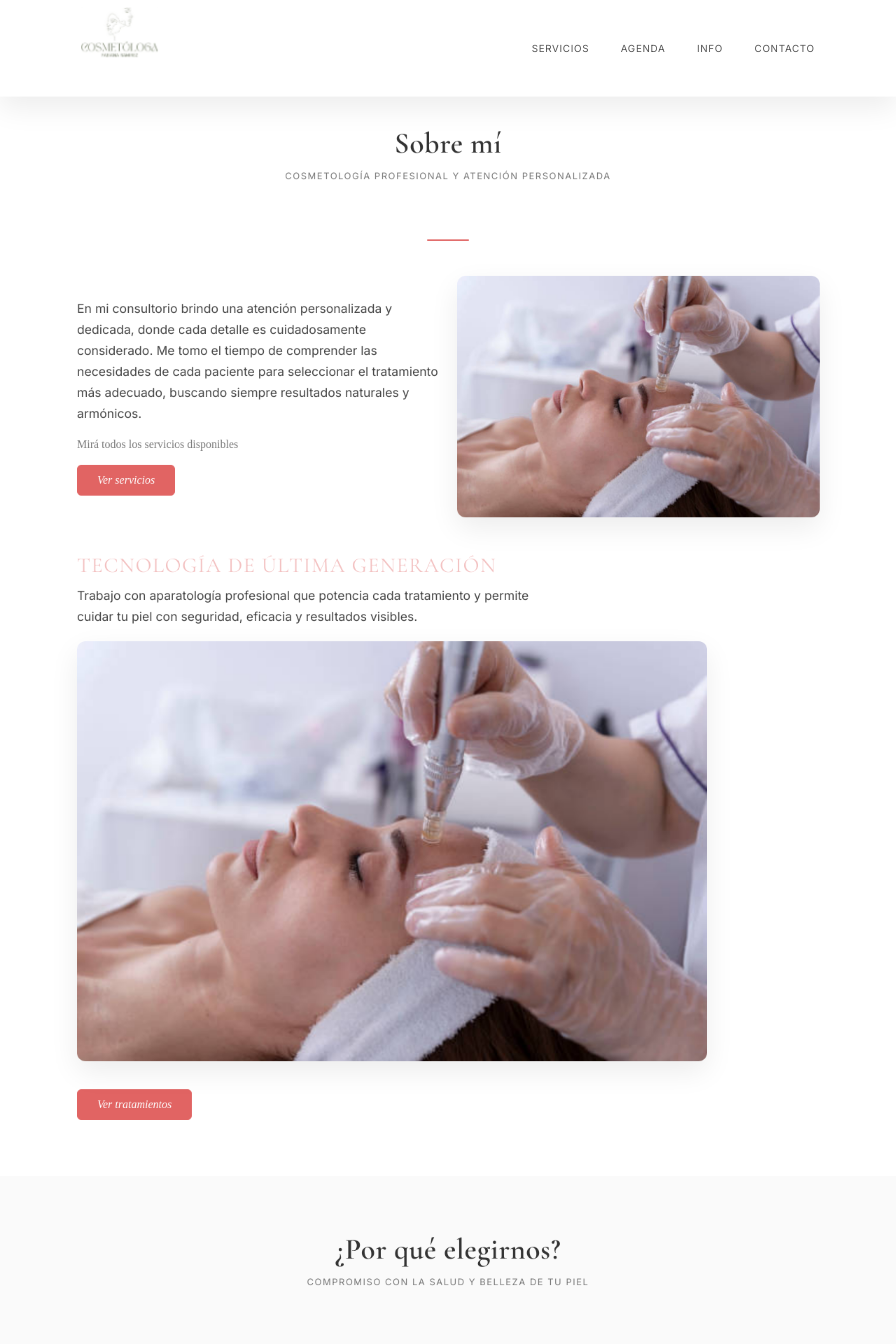
Repository: thiagobal1891-sudo/paginaweb
Page: pages/info.html
The author's editor kept a copy of each file at every save. The page is drawn from the files as they stood at one save, then again after the next save.
The browser window is 1280 px wide. The pictures show the part of the page from y = 0 to 1920 px (the page is 2588 px tall before and 2559 px after), at 70% of full size.
Some web fonts or font styles are not loaded; a fallback is used.

Above is the page before, as saved 2026-03-17 11:31:26.
Console error: ReferenceError: emailjs is not defined

After the next save:
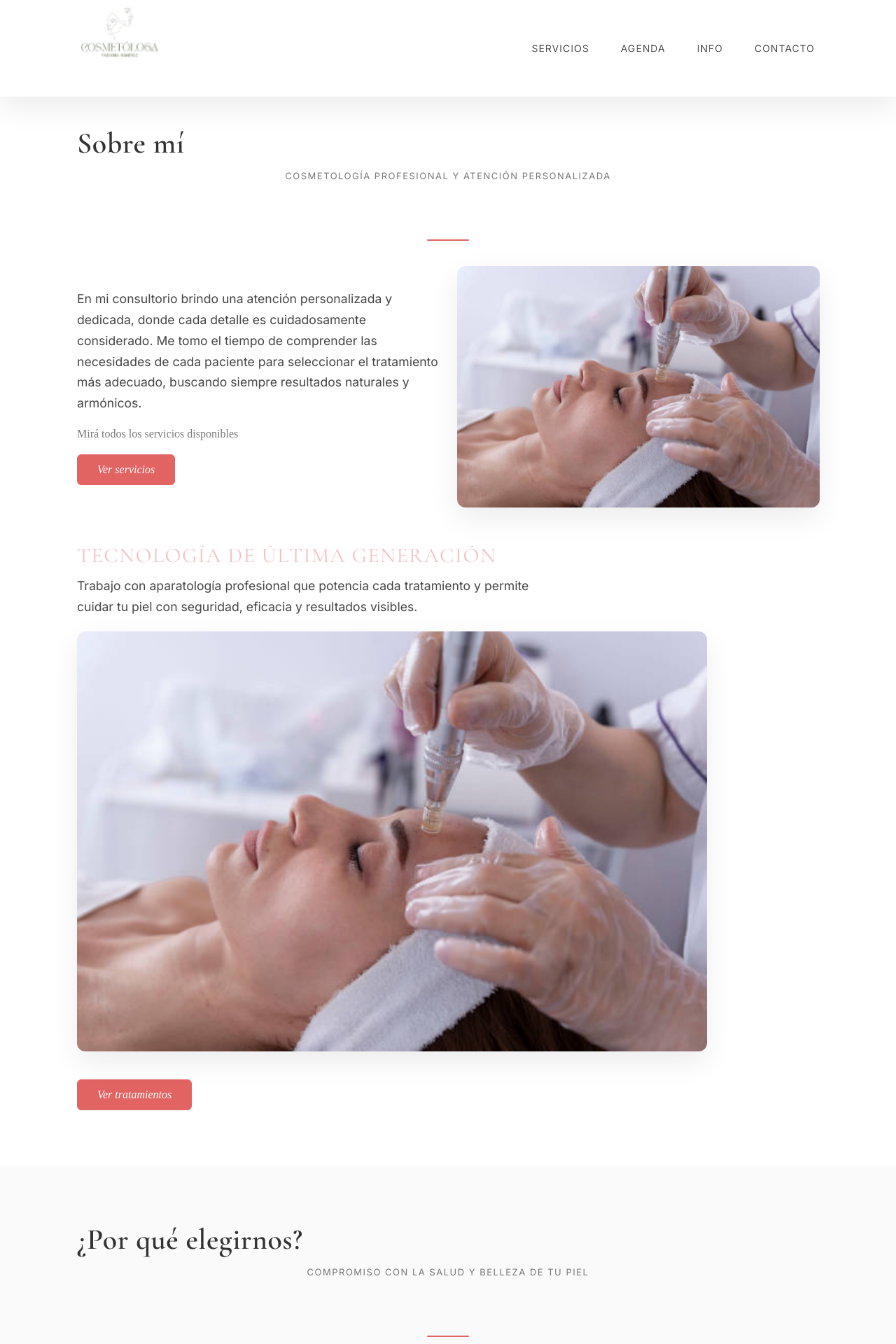
Saved 94 s later.
--- a/css/style.css
+++ b/css/style.css
@@ -278,7 +278,9 @@ transform:translateY(0);
 }
 }
 .section-title{
-  text-align:center;
+  flex-direction: column;
+  justify-content: center;
+  height: 150px;
   position:relative;
   }
 .section-title.show{
